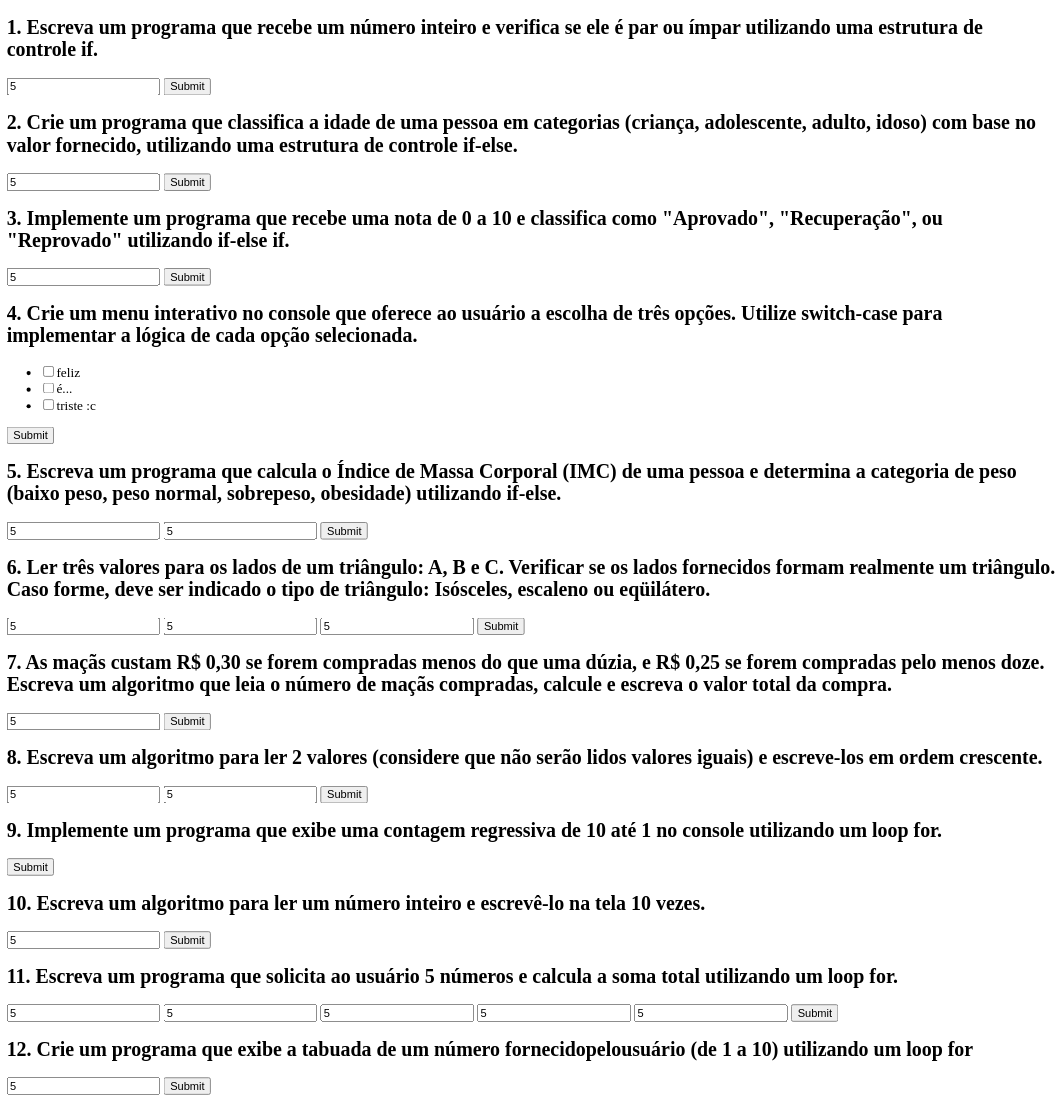
Repository: chidekina/prati-logica
Page: index.html
The author's editor kept a copy of each file at every save. The page is drawn from the files as they stood at one save, then again after the next save.
The browser window is 1280 px wide. The pictures show the whole page, at 83% of full size.
Empty fields were first filled with sample values (such as "Sample", 5 or name@example.com).
After loading, the first visible `input[onclick="tabuada()"]` was clicked once.

Above is the page before, as saved 2025-05-03 10:55:27.

After the next save:
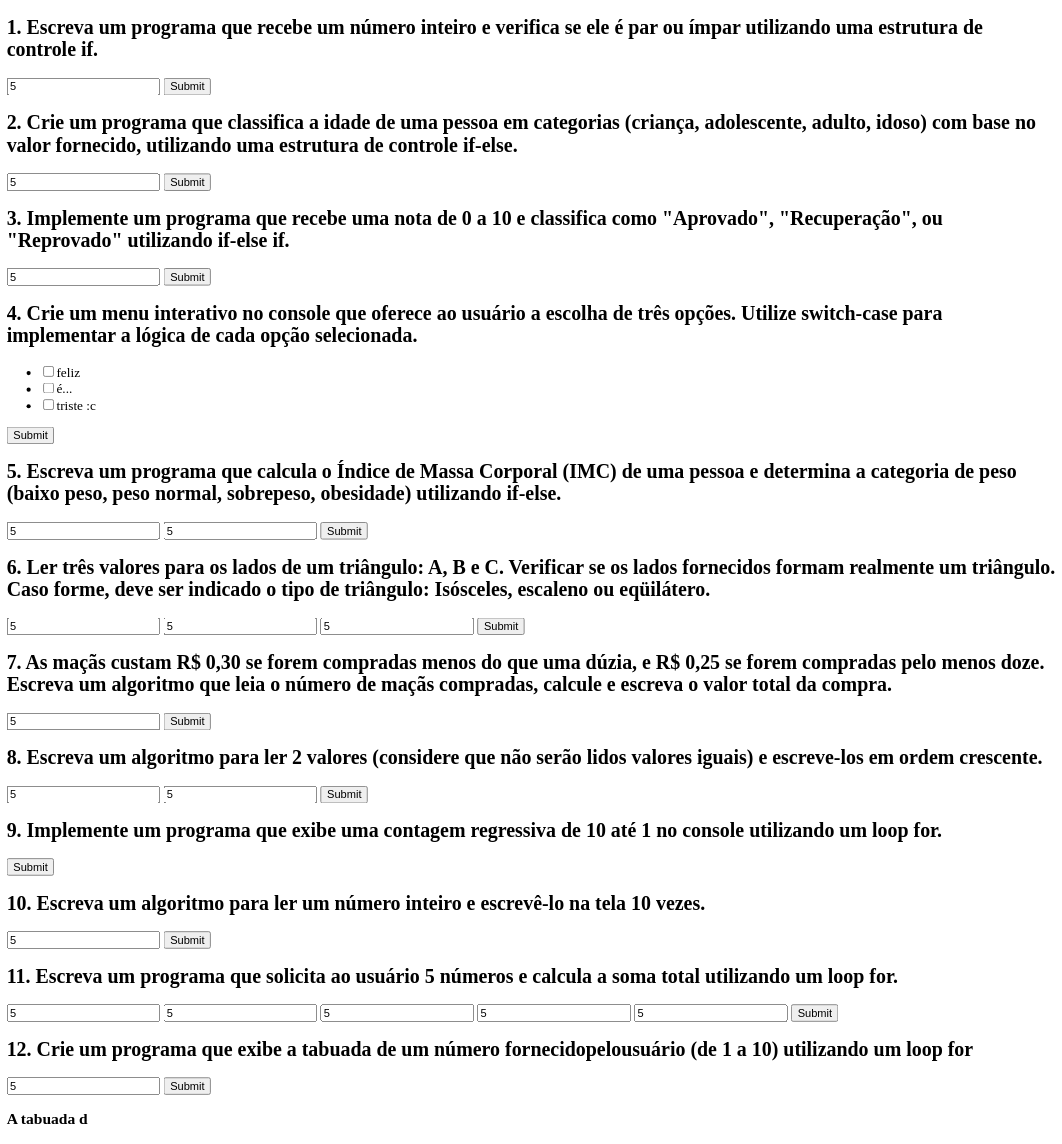
Saved 6 s later.
--- a/app.js
+++ b/app.js
@@ -206,7 +206,7 @@
     tabuada += `${numero} * ${i} = ${numero * i}<br>`;
   }
 
-  answer.innerHTML
-
-
-}
+  answer.innerHTML = `A tabuada d`
+
+
+}
